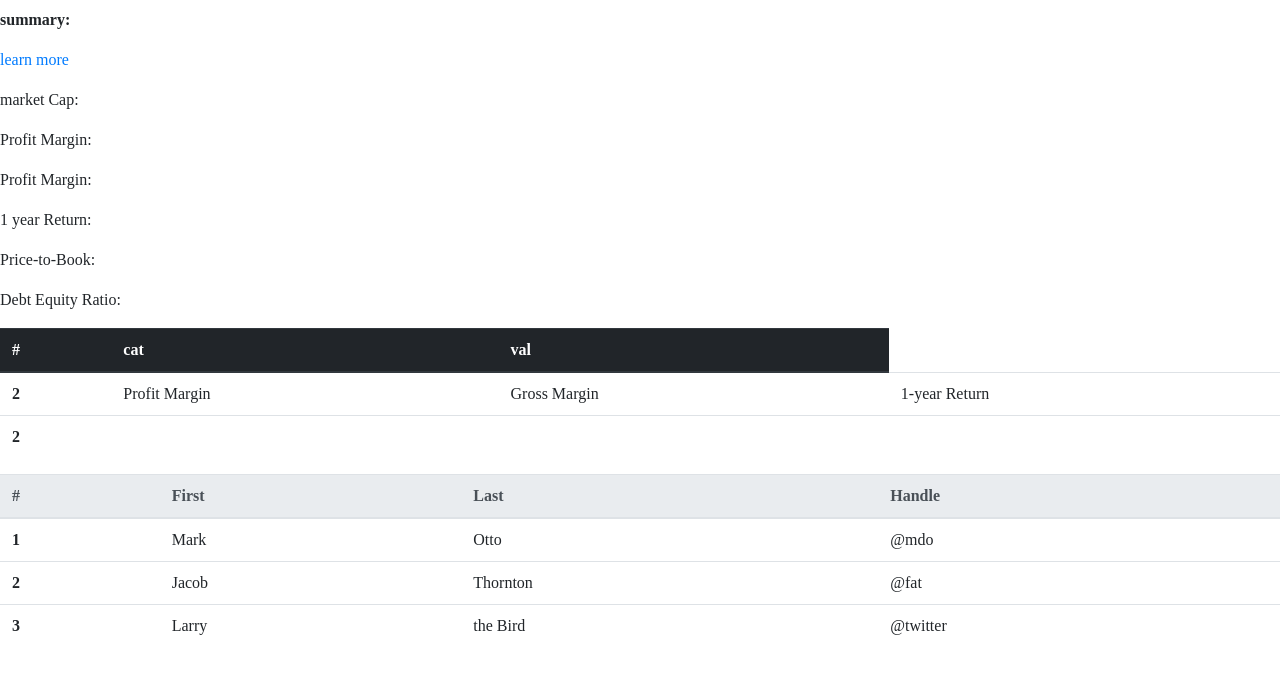
Repository: brendan12372/theSite
Page: topTen/templates/stocks/stock_detail.html
The author's editor kept a copy of each file at every save. The page is drawn from the files as they stood at one save, then again after the next save.
The browser window is 1280 px wide. The pictures show the whole page.
Some web libraries are served in a nearby version. The page is served by the project's application, run on Django 4.2 (manage.py). The template is opened directly, without the code that normally fills it, so the values that code supplies are empty.

Above is the page before, as saved 2022-03-14 23:56:51.

After the next save:
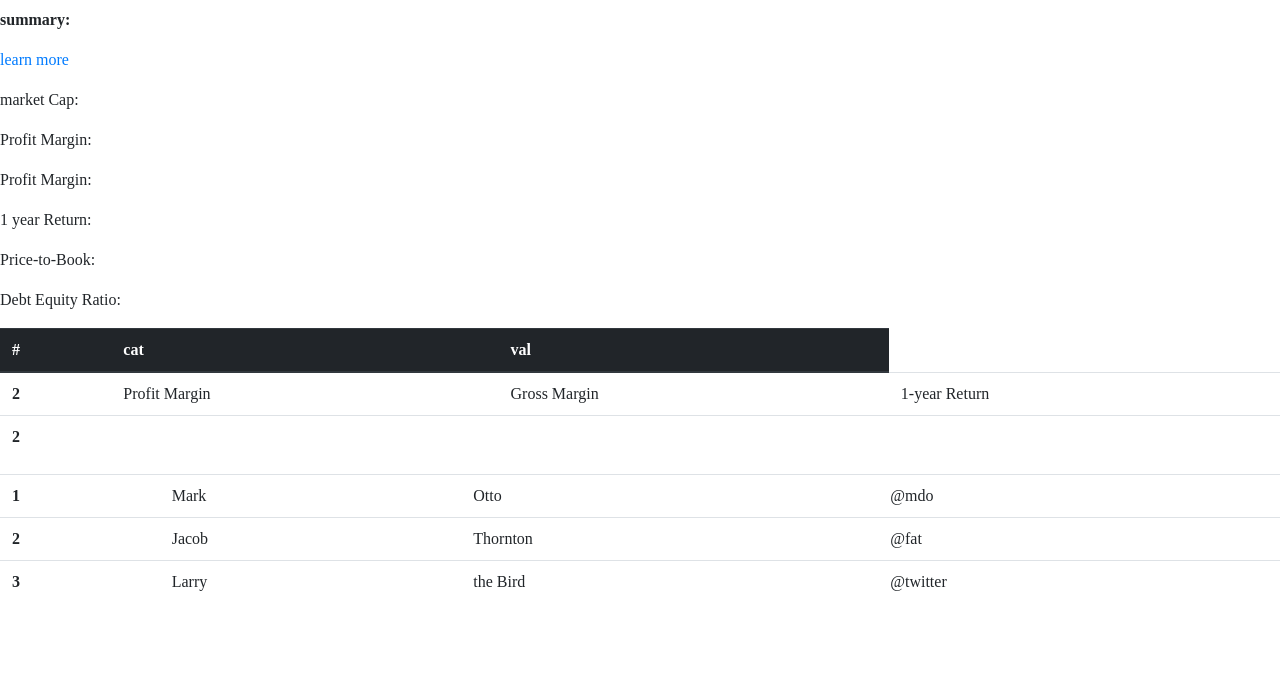
Saved 3 min 57 s later.
--- a/topTen/templates/stocks/stock_detail.html
+++ b/topTen/templates/stocks/stock_detail.html
@@ -55,12 +55,6 @@
 
     <table class="table">
       <thead class="thead-light">
-        <tr>
-          <th scope="col">#</th>
-          <th scope="col">First</th>
-          <th scope="col">Last</th>
-          <th scope="col">Handle</th>
-        </tr>
       </thead>
       <tbody>
         <tr>
